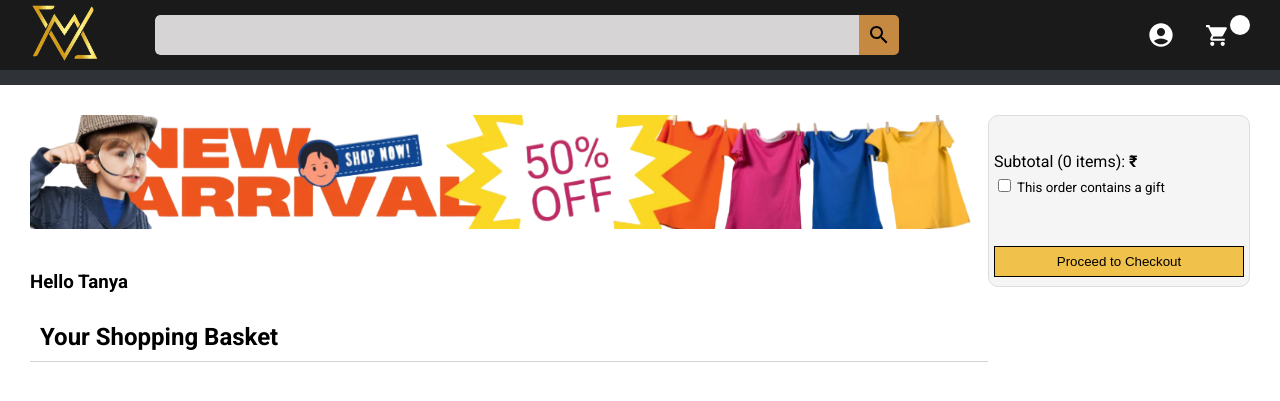
Repository: RiwanshiSoni/MatraVastra
Page: /cart
An editor plug-in stored every save of this project. The page is shown before and after a run of saves, followed by the edit.
The browser window is 1280 px wide. The pictures show the whole page.
The page's requests for data from a server got no answer. The project was rebuilt for these pictures with package versions that can differ from the ones it lists, and the page was loaded fresh each time. No one was signed in, and anything a server would have sent is missing. Also part of the build but not shown: vite.config.js, src/Product.jsx, src/Login.jsx, src/Slider.jsx, src/SignUp.jsx, src/css/banner.css, src/Banner.jsx.

Above is the page before, as saved 2024-09-02 13:40:36.

After the next 2 saves:
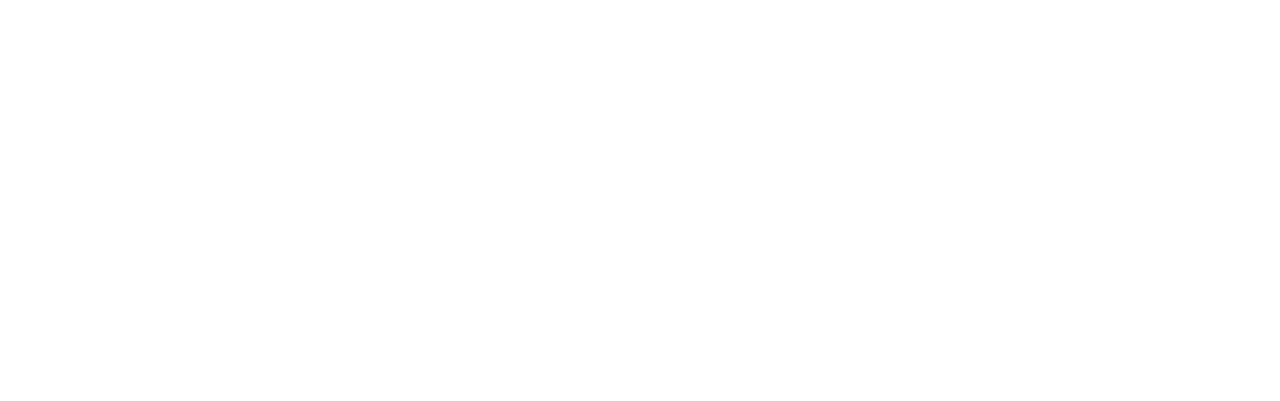
Console error (its wording comes from the project's code and is left out).
The 2 saves are shown as one change because 1 did not build or start.
The last was saved 3 min 48 s later.
--- a/src/App.jsx
+++ b/src/App.jsx
@@ -89,8 +89,13 @@
           <Route
             exact
             path='/categories/:slug'
-            element={ <Product productsList = {productsList}  addToCart = {addToCart} />}
-          />
+          >
+
+<div style={{marginBottom: "320px"}}></div>
+<Product productsList = {productsList}  addToCart = {addToCart} />
+          </Route>
+
+
           {/* <Route
             exact
             path='/login'

After the 4 saves that followed:
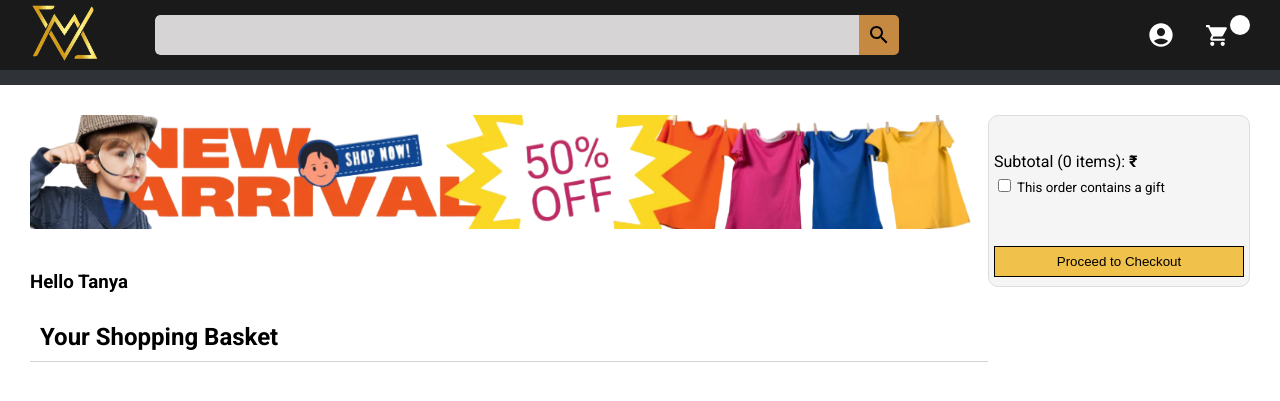
The error is gone.
The 4 saves are shown as one change because 3 left the picture as it was.
The last was saved 4 min 32 s later.
--- a/src/App.jsx
+++ b/src/App.jsx
@@ -86,21 +86,14 @@
             path='/signup'
             element={<SignUp />}
           />
-          <Route
-            exact
-            path='/categories/:slug'
-          >
-
-<div style={{marginBottom: "320px"}}></div>
-<Product productsList = {productsList}  addToCart = {addToCart} />
-          </Route>
+          <Route exact path='/categories/:slug' element={
+      <div style={{ marginBottom: '320px' }}>
+        <Product productsList={productsList} addToCart={addToCart} />
+      </div>
+    } />
 
 
-          {/* <Route
-            exact
-            path='/login'
-            element={<Login />}
-          /> */}
+
         </Routes>
       </div>
     </Router>
